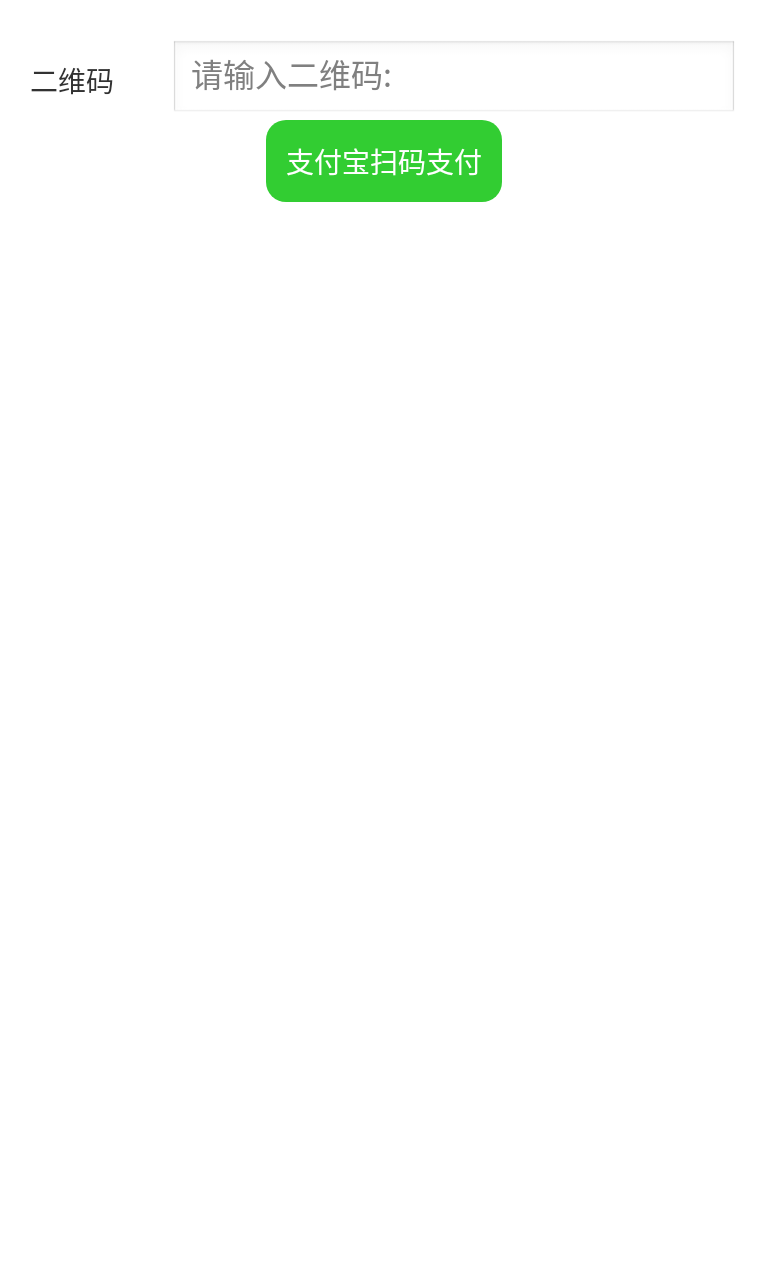
Repository: blanks1314/sysnc_android
Layout: UpayDemo/res/layout/fragment_wexin.xml
The author's editor kept a copy of each file at every save. The layout is drawn from the files as they stood at one save, then again after the next save.
It is drawn on a 768 x 1280 px phone screen (xhdpi) without system bars, with theme AppTheme; the app's code is not run.

Above is the layout before, as saved 2015-04-28 06:37:39.

After the next save:
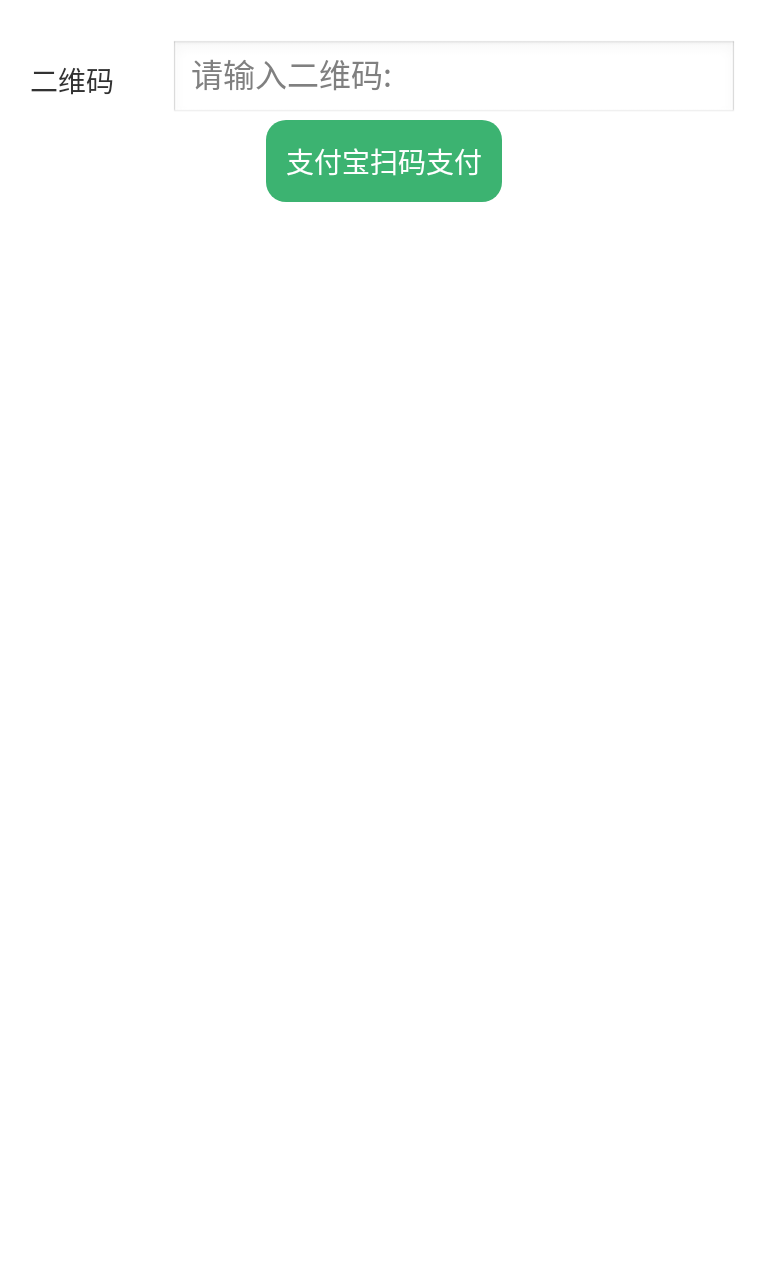
Saved 95 s later.
--- a/UpayDemo/res/values/color.xml
+++ b/UpayDemo/res/values/color.xml
@@ -4,7 +4,7 @@
     <color name="white">#FFFFFF</color>
     <color name="tab_text_normal">#696969</color>
     <color name="tab_text_selected">#73bf40</color>
-    <color name="btn_selecter_1">#32CD32</color>
+    <color name="btn_selecter_1">#3CB371</color>
     <color name="btn_selecter_2">#FFA500</color>
 
 </resources>
